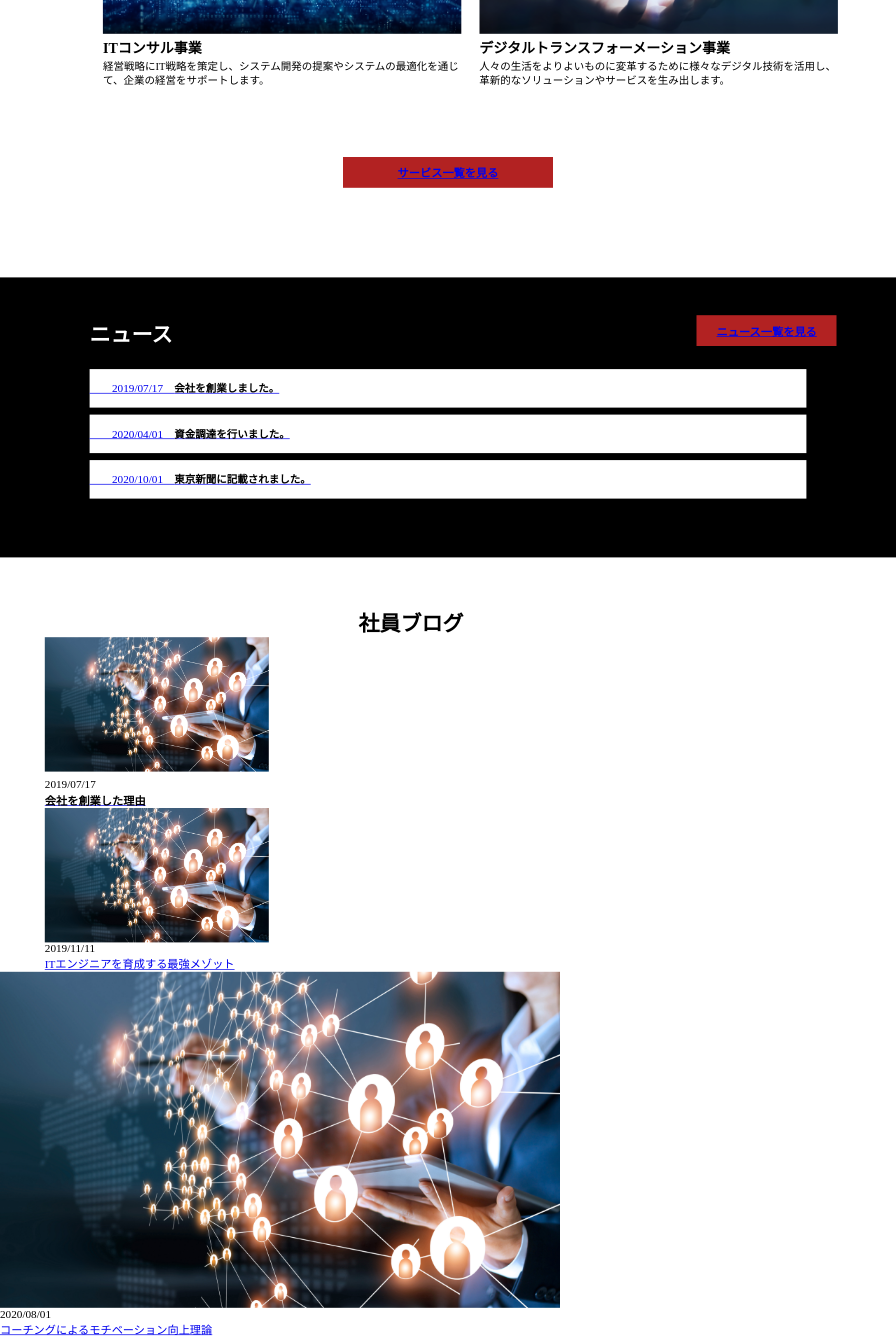
Repository: sigemasaasuka/20211012sigemasa
Page: index.html
These files come from the project's save history. The page is drawn as it stood at one moment and after the next save; the edit follows.
The browser window is 1280 px wide. The pictures show the part of the page from y = 1616 to 3536 px (the page is 3526 px tall before and 3536 px after), at 70% of full size.

Above is the page before, as saved 2021-10-19 17:44:59.

### index.html
<!DOCTYPE html>
<html lang="ja">

<head>
  <meta charset="UTF-8">
  <meta name="viewport" content="width=device-width, initial-scale=1.0">
  <title>Document</title>

    <link rel="stylesheet" href="css/reset.css">
    <link rel="stylesheet" href="css/index.css">
</head>
<body>
  <header class="header">
    <div class="header-logo">
      <img class="logo" src="img/logo.png" alt="logo">
    </div>
    <nav class="header-nav">
      <ul class="header-nav-list">
        <li class="header-nav-item"><a href="index.html">ホーム</a></li>
        <li class="header-nav-item"><a href="service.html">事業内容</a></li>
        <li class="header-nav-item"><a href="news.html">ニュース</a></li>
        <li class="header-nav-item"><a href="blog.html">社員ブログ</a></li>
        <li class="header-nav-item"><a href="company.html">会社概要</a></li>
        <li class="header-nav-item"><a href="recruit.html">採用情報</a></li>
        <li class="header-nav-item"><a href="contact.html">お問い合わせ</a></li>
      </ul>
    </nav>
  </header>
  <div class="home">
  <div class="home-photo">
    <div class="home-title">
    <p>最新のテクノロジーで社会課題を解決</p>
      <div class="home-title2">
      <p>Solving　issues　with　the　latest　technology</p>
     </div>
    </div>
    </div>
    </div>
    <div class="home-color">
      <div class="hope">
        <p><br><br>株式会社TECHの想い</p>
        <div class="hope2">
          <p>あらゆる産業において、新たなデジタル技術を使ってこれまでにないビジネスモデルを展開する新規参加者が登場し、ゲームチェンジが起ころうとしています。こうした<br>中で、各企業は、競争力維持・強化のために、DXを迅速に進めていくことが求められています。しかし、DXにおいて投資コストは非常にかかります。株式会社TECHでは<br>独自のオペレーションと人材教育により、他社よりも価格を抑えた開発を行います。</p>
        </div>
      </div>
    </div>
    <div class="service">
      <p>サービス</p>
      </div>
      <div class="png1">
      <div class="service1">
        <img  src="img/service1.png"  alt="service1">
        <div class="it">
        <p>IT人材育成事業</p>
        <div class="it2">
        <p>これまでに培った教育手法を生かして、短期間で即戦力のIT人材を育成します。</p>
        </div>
      </div>
      </div>
      <div class="service2">
      <img  src="img/service2.png" alt="service2">
      <div class="coach">
        <p>コーチング事業</p>
        <div class="coach2">
          <p>目標達成を最短で実現するために、プロのコーチによるマンツーマンのサポートを実施します</p>
        </div>
      </div>
      </div>
      </div>
      <div class="png2">
      <div class="service3">
        <img src="img/service3.png" alt="service3">
        <div class="Consultant">
          <p>ITコンサル事業</p>
          <div class="Consultant2">
            <p>経営戦略にIT戦略を策定し、システム開発の提案やシステムの最適化を通じて、企業の経営をサポートします。</p>
          </div>
        </div>
      </div>
      <div class="service4">
        <img src="img/service4.png" alt="service4">
        <div class="formation">
          <p>デジタルトランスフォーメーション事業</p>
          <div class="formation2">
            <p>人々の生活をよりよいものに変革するために様々なデジタル技術を活用し、革新的なソリューションやサービスを生み出します。</p>
          </div>
        </div>
      </div>
      </div>
      <div class="list">
        <a href="service.html">サービス一覧を見る</a>
      </div>
      <div class="news">
        <div class="nesw-list">
          <div class="news-font">
          <p>ニュース</p></div>
          <div class="news-button">
            <a href="news.html">ニュース一覧を見る</a>
          </div>
        </div>
        <div class="news-info1">
          <a href="index.html">　　2019/07/17　<span class="co">会社を創業しました。</span></a></div>
          <div class="news-info2">
          <a href="index.html">　　2020/04/01　<span class="fund">資金調達を行いました。</span></a></div>
          <div class="news-info3">
          <a href="index.html">　　2020/10/01　<span class="newspaper">東京新聞に記載されました。</span></a></div>
      </div>
      <div class="blog">
        <p>社員ブログ</p>
        </div>
        <div class="reason-png">
          <a href="index.html">
            <img src="img/blog.png" alt="blog">
          </a>
          <p class="reason">2019/07/17</p>
          <a href="index.html"><p class="reason2">会社を創業した理由</p></a>
        </div>
        <div class="nurturing-png">
          <a href="index.html">
            <img src="img/blog.png" alt="blog">
          </a>
          <p class="nurturing">2019/11/11</p>
          <a href="index.html">
            <p class="nurturing1">ITエンジニアを育成する最強メゾット</p>
          </a>
        </div>
        <div class="coaching-png">
        <a href="index.html">
          <img src="img/blog.png" alt="blog">
        </a>
        <p class="coaching">2020/08/01</p>
        <a href="index.html">
          <p class="coaching1">コーチングによるモチベーション向上理論</p>
        </a>
        </div>


<script src="js/main.js"></script>
</body>
</html>

### css/reset.css
@charset "UTF-8";
html, body, div, span, applet, object, iframe,
h1, h2, h3, h4, h5, h6, p, blockquote, pre,
a, abbr, acronym, address, big, cite, code,
del, dfn, em, img, ins, kbd, q, s, samp,
small, strike, strong, sub, sup, tt, var,
b, u, i, center,
dl, dt, dd, ol, ul, li,
fieldset, form, label, legend,
table, caption, tbody, tfoot, thead, tr, th, td,
article, aside, canvas, details, embed,
figure, figcaption, footer, header, hgroup,
menu, nav, output, ruby, section, summary,
time, mark, audio, video {
margin: 0;
padding: 0;
border: none;
font-style: normal;
text-align: left;
zoom: 1;
}
article, aside, details, figcaption, figure,
footer, header, hgroup, menu, nav, section {
display: block;
}
table {
border-collapse: collapse;
font-family: inherit;
}
h1,h2,h3,h4,h5 {
font-size: 100%;
font-weight: normal;
line-height: 1;
}
input,textarea,select {
font-family: inherit;
font-size: 16px;
}
input[type="button"],input[type="text"],input[type="submit"] {
 -webkit-appearance: none;
 border-radius: 0;
}
textarea {
resize: none;
-webkit-appearance: none;
border-radius: 0;
}
th,td {
border-collapse: collapse;
}
table th,table td {
white-space: nowrap;
}
ul,ol {
list-style-type: none;
}
img {
vertical-align: text-bottom;
vertical-align: -webkit-baseline-middle;
max-width: 100%;
height: auto;
width /***/:auto;
}

### css/index.css
.logo {
  text-decoration: none;
  color: inherit;
  width: 50%;
}
.header {
  width: 100%;
  display: flex;
  justify-content: space-between;
  align-items: center;
  height: 70px;
  padding: 0 30px;
  position: fixed;
  box-sizing: border-box;
  background-color: #fff;
  color: #000;
}

.a {
  text-decoration: none;
}

.header-ttl {
  font-size: 24px;
  width: 80px;
}

.header-nav-list {
  display: flex;
  font-weight: bold;
}

.header-nav-item:not(:last-child) {
  margin-right: 30px;
}

.home-photo {
  position: relative;
  padding-top: calc(250 / 683 * 100%); /* calc(画像高さ ÷ 画像横幅 × 100%) */
  background: url(../img/mv.png) center center / cover no-repeat;
}

.home-title {
  display: flex;
  flex-direction: column;
  position: absolute;
  font-size: 50px;
  margin-left: 20%;
  top: 40%;
  font-weight: bolder;
  color: #fff;
}

.home-title2 {
  display: flex;
  position: absolute;
  font-size: 20px;
  margin-top: 45px;
  margin-left: 23%;
  top: 40%;
  font-weight: bold;
  color: #fff;
}

.home-color {
  background-color: #000;
  height: 300px;
}

.hope {
  top: 30%;
  display: flex;
  flex-direction: column;
  font-weight: bolder;
  font-size: 30px;
  margin-left: 10%;
  color: #fff;
}

.hope2 {
  display: flex;
  font-size: 15px;
  margin-top: 20px;
  font-weight: normal;
  color: #fff;
}

.service {
  margin-top: 5%;
  margin-left: 45%;
  font-size: 35px;
  font-weight: bolder;
}

.png1 {
  display: flex;
  justify-content: center;
}

.service1 {
  margin-top: 5%;
  margin-left: 5%;
  width: 40%;
}

.it {
  margin-top: 1%;
  font-size: 20px;
  font-weight: bolder;
}

.it2 {
  font-size: 15px;
  font-weight: normal;
}

.service2 {
  margin-top: 3%;
  margin-left: 2%;
  width: 40%;
}

.coach {
  margin-top: 1%;
  font-size: 20px;
  font-weight: bolder;
}

.coach2 {
  font-size: 15px;
  font-weight: normal;
}

.png2 {
  display: flex;
  justify-content: center;
}

.service3 {
  margin-top: 2%;
  margin-left: 5%;
  width: 40%;
}

.Consultant {
  margin-top: 1%;
  font-size: 20px;
  font-weight: bolder;
}

.Consultant2 {
  font-size: 15px;
  font-weight: normal;
}

.service4 {
  margin-top: 2%;
  margin-left: 2%;
  width: 40%;
}

.formation {
  margin-top: 1%;
  font-size: 20px;
  font-weight: bolder;
}

.formation2 {
  font-size: 15px;
  font-weight: normal;
}

.list {
  width: 300px;
  padding: 10px 0;
  color: #fff;
  font-weight: bold;
  background: #b22222;
  text-align: center;
  margin: 100px auto 0;
  display: block;
}

.news {
  margin-top: 10%;
  background-color: #000;
  height: 400px;
}

.nesw-list {
  margin-left: 10%;
  display: flex;
  justify-content: flex-start;
  align-items: center;
}

.news-font {
  font-weight: bold;
  font-size: 30px;
  color: #fff;
  margin-top: 5%;
}

.news-button {
  color: #fff;
  margin-top: 50px;
  margin-left: 65%;
  width: 200px;
  padding: 10px 0;
  font-weight: bold;
  background: #b22222;
  text-align: center;
  display: block;
}

.news-info1 {
  margin-top: 30px;
  margin-left: 10%;
  width: 80%;
  height: 35px;
  padding: 10px 0;
  background: #fff;
  line-height: 35px;
  display: block;
  color: #000;
}
.co {
  font-size: 15px;
  font-weight: bold;
  color: #000;
}

.news-info2 {
  margin-top: 10px;
  margin-left: 10%;
  width: 80%;
  height: 35px;
  padding: 10px 0;
  background: #fff;
  line-height: 35px;
  display: block;
  color: #000;
}
.fund {
  font-size: 15px;
  font-weight: bold;
  color: #000;
}

.news-info3 {
  margin-top: 10px;
  margin-left: 10%;
  width: 80%;
  height: 35px;
  padding: 10px 0;
  background: #fff;
  line-height: 35px;
  display: block;
  color: #000;
}
.newspaper {
  font-size: 15px;
  font-weight: bold;
  color: #000;
}

.blog {
  margin-top: 70px;
  margin-left: 40%;
  font-size: 30px;
  font-weight: bolder;
}

.reason-png {
  width: 25%;
  margin-left: 5%;
}

.reason {
  margin-top: 10px;
  color: #000;
}

.reason2 {
  font-weight: bolder;
  color: #000;
}

.nurturing-png {
  width: 25%;
  margin-left: 5%;
}

.reason {
  margin-top: 10px;
  color: #000;
}

.reason2 {
  font-weight: bolder;
  color: #000;
}

.-png {
  width: 25%;
  margin-left: 5%;
}

.reason {
  margin-top: 10px;
  color: #000;
}

.reason2 {
  font-weight: bolder;
  color: #000;
}

Loaded but not shown: js/main.js (no stored copy; drawn as an empty file)

After the next save:
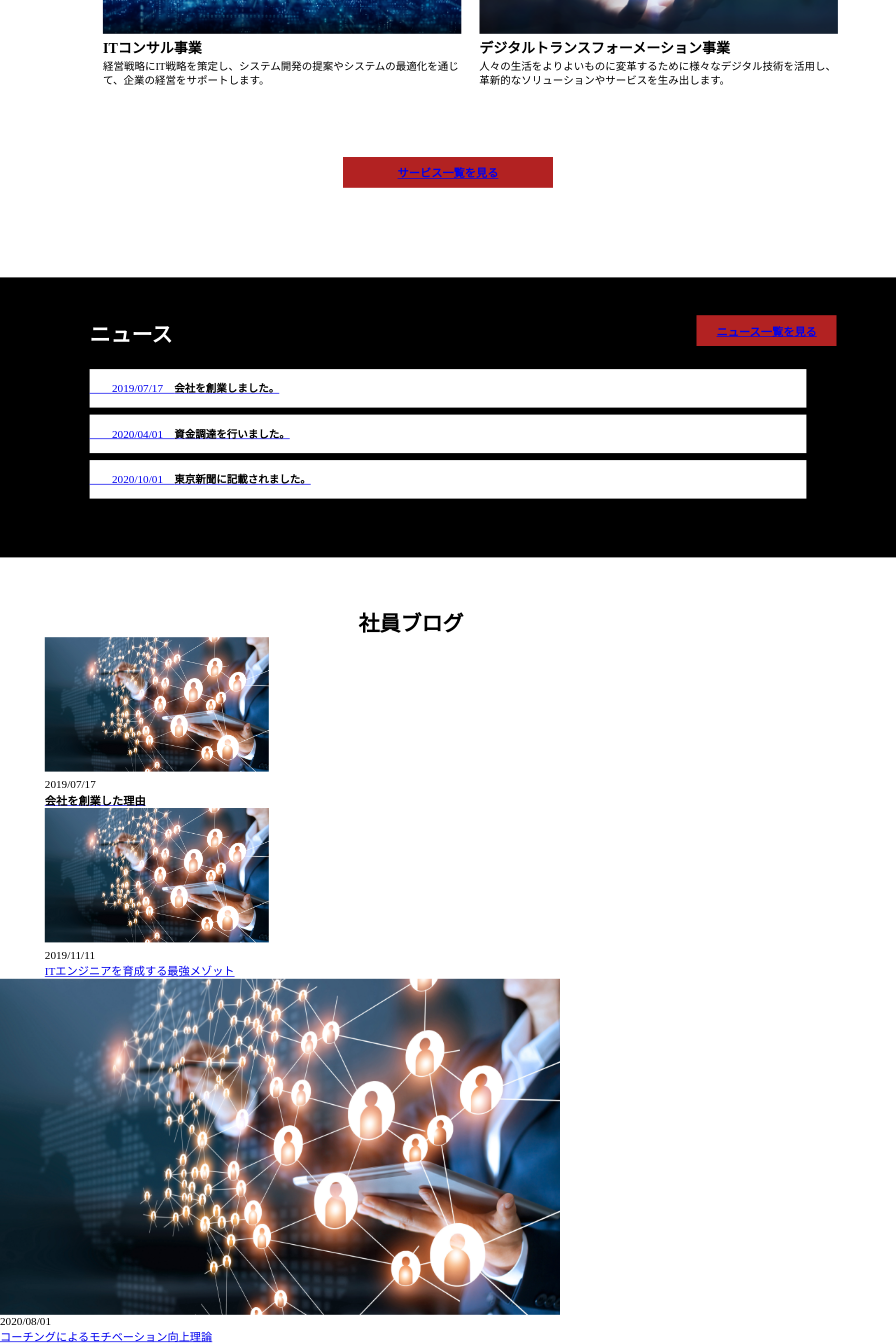
Saved 4 s later.
--- a/css/index.css
+++ b/css/index.css
@@ -291,7 +291,7 @@
   margin-left: 5%;
 }
 
-.reason {
+.nurturing{
   margin-top: 10px;
   color: #000;
 }
